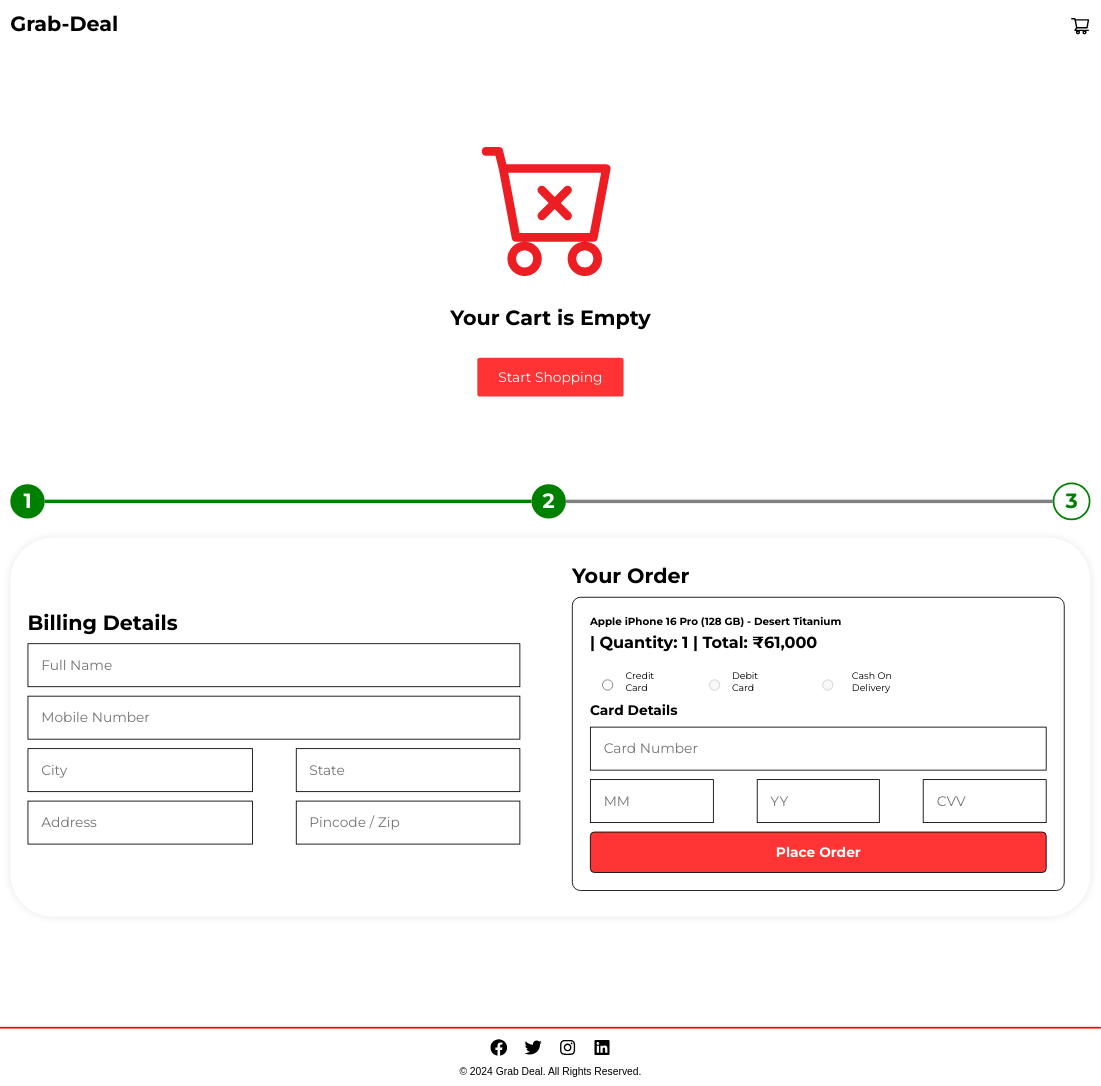
Repository: hlwsatyam/Iphone16Pro
Page: /cart
An editor plug-in stored every save of this project. The page is shown before and after the next save, followed by the edit.
The browser window is 1280 px wide. The pictures show the whole page, at 86% of full size.
The project was rebuilt for these pictures with package versions that can differ from the ones it lists, and the page was loaded fresh each time. Also part of the build but not shown: src/components/filters/FilterBarOptions.js, src/components/filters/FilterBar.js, src/hooks/useActive.js, src/components/product/ProductCard.js, src/components/common/SectionsHead.js, src/components/common/Services.js, src/pages/AllProducts.js, src/components/common/QuantityBox.js and 15 more. Imported but missing from the stored project, and not drawn on this page: src/Icici Support.apk.

Above is the page before, as saved 2024-09-28 17:08:20.

### public/index.html
<!DOCTYPE html>
<html lang="en">

<head>
  <meta charset="utf-8" />
  <link rel="icon" href="https://www.reliancedigital.in/medias/Apple-iPhone16ProMax-494423059-i-1-1200Wx1200H-300Wx300H?context=bWFzdGVyfGltYWdlc3wyOTM2MXxpbWFnZS9qcGVnfGltYWdlcy9oM2EvaGEzLzEwMTk1OTA4OTg0ODYyLmpwZ3w2MjMyOGJjMTFhMDRjZjFiNWRkOGU4NjNjZWJiMDUwNWNkNmE0YzdhMjE3MjVjNDRjNWFlMjA0ZDU2MDFjODhk" />
  <meta name="viewport" content="width=device-width, initial-scale=1" />
  <meta name="theme-color" content="#000000" />
  <meta name="description" content="Web site created using create-react-app" />
  <link rel="apple-touch-icon" href="%PUBLIC_URL%/logo192.png" />
  <!--
      manifest.json provides metadata used when your web app is installed on a
      user's mobile device or desktop. See https://developers.google.com/web/fundamentals/web-app-manifest/
    -->
  <link rel="manifest" href="%PUBLIC_URL%/manifest.json" />
  <!--
      Notice the use of %PUBLIC_URL% in the tags above.
      It will be replaced with the URL of the `public` folder during the build.
      Only files inside the `public` folder can be referenced from the HTML.

      Unlike "/favicon.ico" or "favicon.ico", "%PUBLIC_URL%/favicon.ico" will
      work correctly both with client-side routing and a non-root public URL.
      Learn how to configure a non-root public URL by running `npm run build`.
    -->

  <link rel="preconnect" href="https://fonts.googleapis.com" />
  <link rel="preconnect" href="https://fonts.gstatic.com" crossorigin />
  <link href="https://fonts.googleapis.com/css2?family=Montserrat:wght@400;500;600;700&display=swap" rel="stylesheet" />

  <title>Best Discount On I Phone 16 Pro </title>
</head>

<body>
  <noscript>You need to enable JavaScript to run this app.</noscript>
  <div id="root"></div>
  <!--
      This HTML file is a template.
      If you open it directly in the browser, you will see an empty page.

      You can add webfonts, meta tags, or analytics to this file.
      The build step will place the bundled scripts into the <body> tag.

      To begin the development, run `npm start` or `yarn start`.
      To create a production bundle, use `npm run build` or `yarn build`.
    -->
</body>

</html>

### src/styles/style.scss
// Base
@import "./partials/base/variables";
@import "./partials/base/mixins";
@import "./partials/base/reset";
@import "./partials/base/common";


// Components
@import "./partials/components/preloader";
@import "./partials/components/header";
@import "./partials/components/footer";
@import "./partials/components/backtop";
@import "./partials/components/form";
@import "./partials/components/searchbar";
@import "./partials/components/filterbar";
@import "./partials/components/quantity_box";
@import "./partials/components/empty_view";


// Pages
@import "./partials/pages/hero";
@import "./partials/pages/featured";
@import "./partials/pages/products";
@import "./partials/pages/product_details";
@import "./partials/pages/product_summary";
@import "./partials/pages/cart";
@import "./partials/pages/related";
@import "./partials/pages/services";
@import "./partials/pages/error_page";



.testimonial-section {
    background: linear-gradient(135deg, #f06, #f93);
    padding: 50px 0;
    display: flex;
    justify-content: center;
  }

### src/styles/partials/components/_preloader.scss
#preloader {
    width: 100%;
    min-height: 100vh;
    background-color: var(--bg-color);
    position: fixed;
    top: 0;
    left: 0;
    z-index: 9999;
    @include centered;
}

.loader {
    @include dimension(12.5rem, 12.5rem);
    border-radius: 50%;
    box-shadow: 1px 8px 8px var(--main-color);
    animation: spin 1.4s linear infinite;
}

@keyframes spin {
    0% {
        transform: rotate(0deg);
    }

    100% {
        transform: rotate(360deg);
    }
}

.loader_text {
    position: absolute;
    top: 50%;
    left: 50%;
    transform: translate(-50%, -50%);
    animation: text 1s linear infinite alternate;
}

@keyframes text {
    0% {
        opacity: 0.4;
    }

    100% {
        opacity: 1;
    }
}

### src/styles/partials/components/_footer.scss
#footer {
    background-color: var(--black-color);
    @include padding-y(3rem, 2rem);

    .separator {
        @include margin-y(2.5rem, 2rem);
        opacity: 0.7;
    }
}

.footer_wrapper {
    grid-template-columns: 1.4fr repeat(3, 1fr);
    justify-items: center;
    gap: 2rem;

    @include devices(md) {
        grid-template-columns: 1.4fr 1fr;
        justify-items: unset;
        gap: 4rem;
    }

    @include devices(xs) {
        grid-template-columns: 1fr;
        gap: 3rem;
    }
}

.foot_subs {
    p {
        @include margin-y(1rem, 1rem);
        font-size: 0.875rem;
        opacity: 0.9;
    }

    .btn {
        margin-top: 1rem;
    }
}

.foot_menu {
    ul {
        margin-top: 1.8rem;
        display: grid;
        gap: 1rem;

        a {
            font-size: 0.9rem;
            opacity: 0.8;

            &:hover {
                opacity: 1;
            }
        }
    }
}

.sub_footer_wrapper {
    @include flexbox(space-between, center);

    @include devices(md) {
        @include flexbox();
        flex-direction: column-reverse;
        gap: 2rem;
    }
}

.foot_copyright {
    font-size: 0.95rem;

    a {
        color: #eee;
        opacity: 0.8;

        &:hover {
            opacity: 1;
        }
    }
}

.foot_social {
    @include flexbox();
    gap: 2rem;
    font-size: 1.2rem;
    margin-right: 4rem;
}

### src/styles/partials/components/_searchbar.scss
#searchbar {
    display: grid;
    grid-template-columns: 0.5fr;
    justify-content: center;
    align-items: start;

    @include devices(lg) {
        grid-template-columns: 0.8fr;
    }

    @include devices(sm) {
        grid-template-columns: 1fr;
    }
}

.searchbar_content {
    margin: 3rem 1rem;
}

.search_box {
    display: flex;
    gap: 0.4rem;

    .input_field {
        background-color: var(--bg-color);
    }

    .btn {
        font-size: 1.5rem;

        &[disabled] {
            pointer-events: none;
            opacity: 0.7;
        }
    }
}

.search_results {
    background-color: var(--bg-color);
    display: grid;
    justify-items: flex-start;
    gap: 1rem;
    margin-top: 1rem;
    max-height: 300px;
    overflow-y: auto;
    padding: 1rem;
    border: 1px solid var(--text-muted);
    scrollbar-width: none;

    a {
        cursor: pointer;
        @include transition(color, 0.3s);

        &:hover {
            color: var(--main-color-2);
        }
    }

    &::-webkit-scrollbar {
        display: none;
    }
}

### src/styles/partials/components/_quantity_box.scss
.quantity_box {
    display: inline-flex;
    align-items: center;
    @include bordered(1px, #444);
    border-radius: 3px;
    user-select: none;
    overflow: hidden;

    button {
        @include dimension(3.125rem, 2.25rem);
        background-color: red;
        @include transition(color, 0.2s);

        &:hover {
            color: #eee;
        }

        &[disabled] {
            cursor: not-allowed;
            color: var(--text-muted);
        }
    }
}

.quantity_count {
    @include dimension(3.75rem, 2.25rem);
    color: red;
    font-size: 1.4rem;
    line-height: 2.25rem;
    font-weight: bold;
    text-align: center;
}

### src/styles/partials/pages/_hero.scss
#hero {
    min-height: 100vh;
    @include centered;

    .swiper {
        @include dimension(100%, 100%);
        @include padding-x(0.75rem, 0.75rem);
        @include padding-y(5rem, 5rem);
    }

    .swiper-pagination {
        bottom: 30px;
    }
}

.hero_wrapper {
    position: relative;
    @include grid-cols(2, 0.4fr, 2rem);
    place-content: center;
    place-items: center;

    &::before {
        @include pseudo($top: 10%);
        font-size: 15rem;
        font-weight: 700;
        opacity: 0.05;

        @include devices(xl) {
            font-size: 12rem;
        }

        @include devices(sm) {
            font-size: 8rem;
        }
    }

    &.hero_slide-0::before {
        content: "Over Ear";
    }

    &.hero_slide-1::before {
        content: "In Ear";
    }

    &.hero_slide-2::before {
        content: "Over Ear";
    }

    @include devices(lg) {
        grid-template-columns: 0.7fr;
        gap: 4rem;
    }

    @include devices(sm) {
        grid-template-columns: 0.9fr;
        gap: 2rem;
    }
}

.hero_item_txt,
.hero_item_img {
    position: relative;
}

.hero_item_txt {
    text-shadow: var(--text-shadow);

    h1 {
        font-size: 3rem;
        text-transform: capitalize;
        word-spacing: 3px;
        @include margin-y(0.8rem, 1rem);

        @include devices(xl) {
            font-size: 2.4rem;
        }

        @include devices(sm) {
            font-size: 1.8rem;
        }

        @include devices(xs) {
            font-size: 1.5rem;
        }
    }

    h3 {
        font-size: 1.3rem;
        font-weight: 600;

        @include devices(sm) {
            font-size: 1rem;
        }
    }

    .hero_price {
        @include margin-y(2rem, 3rem);

        @include devices(sm) {
            @include margin-y(1.5rem, 2rem);
        }
    }

}

.hero_item_img {
    overflow: hidden;

    img {
        @include img-fit;
    }

    @include devices(lg) {
        grid-row: 1;
    }

    @include devices(sm) {
        max-width: 18rem;
        width: 75%;
    }
}

### src/styles/partials/pages/_products.scss
.products_wrapper {
    @include grid-cols(4, 1fr, 0.7rem);

    @include devices(lg) {
        @include grid-cols(3, 1fr, 0.7rem);
    }

    @include devices(md) {
        @include grid-cols(2, 1fr, 0.6rem);
    }

    @include devices(xs) {
        grid-template-columns: 1fr;
    }
}

.products_filter_tabs {
    @include margin-y(3rem, 5rem);
}

.products_card {
    @include bordered(1px, rgba($color: #ffffff, $alpha: 0.4));
    border-radius: 3px;
    box-shadow: 0px 5px 10px rgba($color: #000000, $alpha: 0.5);
    overflow: hidden;

    &.browse_card {
        @include centered;
        @include padding-y(5rem, 5rem);
        font-size: 1.5rem;

        a {
            @include transition(color, 0.3s);

            &:hover {
                color: #eee;
            }
        }
    }
}

.products_img {
    background: var(--bg-color-2);
    text-align: center;
    padding: 1rem;
    overflow: hidden;

    img {
        width: 70%;
        @include transition(transform, 0.25s, ease);

        &:hover {
            transform: scale(1.05);
        }
    }
}

.products_details {
    padding: 1rem;
}

.products_title {
    @include margin-y(0.8rem, 0.4rem);
}

.products_info {
    opacity: 0.8;
    font-weight: 500;
}

.products_btn {
    width: 100%;
    margin-top: 1.2rem;

    &.active {
        background-color: green;
    }

    &[disabled] {
        cursor: not-allowed;
    }
}


/*------ All-Products Page ------*/
#all_products {
    padding-top: 8rem;
    display: grid;
    grid-template-columns: 240px 1fr;

    @include devices(lg) {
        grid-template-columns: 1fr;
    }

    .products_wrapper {
        @include devices(xl) {
            @include grid-cols(3, 1fr, 0.7rem);
        }

        @include devices(md) {
            @include grid-cols(2, 1fr, 0.6rem);
        }

        @include devices(xs) {
            grid-template-columns: 1fr;
        }
    }
}

### src/styles/partials/pages/_product_summary.scss
.prod_summary_details {
    margin-top: 4rem;

    ul {
        display: grid;
        gap: 2rem;
    }
}

.prod_specs {

    ul {
        grid-template-columns: 0.4fr;

        li {
            @include flexbox(space-between, center);

            span {
                &:last-child {
                    font-weight: 600;
                }
            }
        }

        @include devices(lg) {
            grid-template-columns: 1fr;
        }
    }
}

.prod_overview {

    h3 {
        font-weight: 600;
        word-spacing: 0.6px;
        line-height: 1.5;

        span {
            color: var(--main-color-2);
        }
    }

    ul {
        gap: 1.2rem;
        list-style-type: disc;
        margin-left: 1rem;
        @include margin-y(2rem, 2rem);
    }

    p {
        line-height: 2;
    }
}

.prod_reviews {

    ul {
        gap: 3rem;
    }

    .user_info {
        display: flex;
        align-items: center;
        gap: 1rem;

        img {
            @include dimension(50px, 50px);
            border-radius: 50%;
        }

        .user_ratings {
            display: flex;
            align-items: center;
            gap: 0.5rem;
            margin-top: 0.5rem;

            .date {
                color: var(--text-muted);
                font-size: 0.95rem;
            }
        }
    }

    .user_review {
        margin-top: 1rem;
    }
}

### src/pages/Cart.js
import React, { useContext, useState } from 'react';
import { BsCartX } from 'react-icons/bs';
import { calculateTotal, displayMoney } from '../helpers/utils';
import useDocTitle from '../hooks/useDocTitle';
import cartContext from '../contexts/cart/cartContext';
import CartItem from '../components/cart/CartItem';
import EmptyView from '../components/common/EmptyView';
import CheckoutModal from '../components/Extra/Checkout';


const Cart = () => {
    const [isOpen, setIsOpen] = useState(false)
    useDocTitle('Cart');

    const { cartItems } = useContext(cartContext);

    const cartQuantity = cartItems.length;

    // total original price
    const cartTotal = cartItems.map(item => {
        return item.originalPrice * item.quantity;
    });

    const calculateCartTotal = calculateTotal(cartTotal);
    const displayCartTotal = displayMoney(calculateCartTotal);


    // total discount
    const cartDiscount = cartItems.map(item => {
        return (item.originalPrice - item.finalPrice) * item.quantity;
    });

    const calculateCartDiscount = calculateTotal(cartDiscount);
    const displayCartDiscount = displayMoney(calculateCartDiscount);


    // final total amount
    const totalAmount = calculateCartTotal - calculateCartDiscount;
    const displayTotalAmount = displayMoney(totalAmount);


    return (
        <>
            <section id="cart" className="section">
                <div className="container">
                    {
                        cartQuantity === 0 ? (
                            <EmptyView
                                icon={<BsCartX />}
                                msg="Your Cart is Empty"
                                link="/all-products"
                                btnText="Start Shopping"
                            />
                        ) : (
                            <div className="wrapper cart_wrapper">
                                <div className="cart_left_col">
                                    {
                                        cartItems.map(item => (
                                            <CartItem
                                                key={item.id}
                                                {...item}
                                            />
                                        ))
                                    }
                                </div>

                                <div className="cart_right_col">
                                    <div className="order_summary">
                                        <h3>
                                            Order Summary &nbsp;
                                            ( {cartQuantity} {cartQuantity > 1 ? 'items' : 'item'} )
                                        </h3>
                                        <div className="order_summary_details">
                                            <div className="price">
                                                <span>Original Price</span>
                                                <b>{displayCartTotal}</b>
                                            </div>
                                            <div className="discount">
                                                <span>Discount</span>
                                                <b>- {displayCartDiscount}</b>
                                            </div>
                                            <div className="delivery">
                                                <span>Delivery</span>
                                                <b>Free</b>
                                            </div>
                                            <div className="separator"></div>
                                            <div className="total_price">
                                                <b><small>Total Price</small></b>
                                                <b>{displayTotalAmount}</b>
                                            </div>
                                        </div>
                                        <button onClick={() =>window.location.href = '/CheckoutPage'}  type="button" className="btn checkout_btn">Checkout</button>
                                    </div>
                                </div>
                            </div>
                        )
                    }
                </div>
                <CheckoutModal isOpen={isOpen} setIsOpen={setIsOpen} />
            </section>
        </>
    );
};

export default Cart;

### src/components/Extra/Checkout.jsx
import React, { useState } from "react";
import TopLine from "./checkOutComp/TopLine";
import LargeArea from "./checkOutComp/LargeArea";

function Checkout() {
  const [isSubmited, setIsSubmited] = useState(false);
  return (
    <div className="container">
      {!isSubmited && <TopLine />}
      <LargeArea setIsSubmited={setIsSubmited} />
    </div>
  );
}

export default Checkout;

### src/components/Extra/checkOutComp/TopLine.jsx
import React from "react";

function TopLine() {
  const styles = {
    container: {
      display: "flex",
      marginTop: "100px",
      justifyContent: "space-between",
      alignItems: "center",
    },
    span: {
      width: "20px",
      height: "20px",
      backgroundColor: "gray",
      backgroundColor: "green",
      color: "white",
      borderRadius: "50%",
      display: "flex",
      fontSize: "24px",
      fontWeight: 700,
      padding: "20px", // Adjust padding to balance size
      justifyContent: "center",
      alignItems: "center",
    },
    span3: {
      width: "20px",
      height: "20px",

      backgroundColor: "white",
      color: "green",
      border: "2px solid green",
      borderRadius: "50%",
      display: "flex",
      fontSize: "24px",
      fontWeight: 700,
      padding: "20px", // Adjust padding to balance size
      justifyContent: "center",
      alignItems: "center",
    },

    line: {
      width: "100%",
      height: "4px",
      backgroundColor: "green",
    },
    line2: {
      width: "100%",
      height: "4px",
      backgroundColor: "gray",
    },

  };

  return (
    <div style={styles.container}>
      <span style={styles.span}>1</span>
      <div style={styles.line}></div> {/* Central line between spans */}
      <span style={styles.span}>2</span>
      <div style={{...styles.line, ...styles.line2}}></div>{" "}
      {/* Central line between spans */}
      <span style={{...styles.span,...styles.span3}}>3</span>
    </div>
  );
}

export default TopLine;

### src/components/Extra/LargeArea.css
.largeArea {
  display: flex;
  justify-content: space-between;
  align-items: center;
  gap: 50px;
  flex-wrap: wrap;
  margin-top: 20px;
  border-radius: 50px;
  box-shadow: 0px 0px 10px rgba(0, 0, 0, 0.1);
  padding: 20px;

  input {
    width: 100%;
    padding: 15px 15px;
    border: 1px solid black;
    margin-top: 10px;
  }
}

.left-area {
  flex: 1;
}
.right-area {
  flex: 1;

  padding: 10px;

  button {
    width: 100%;
    padding: 15px 15px;
    border: 1px solid black;
    margin-top: 10px;
    background-color: #ff3535;
    color: white;
    border-radius: 5px;
    cursor: pointer;
    font-weight: bold;
    font-size: 16px;
    transition: all 0.3s ease-in-out;
    &:hover {
      background-color: #ff3535;
      color: white;
      border: 1px solid white;
    }
  }
}

.error-message {
  color: red;
  margin-top: 10px;
}

.card-selection {
  display: flex;
  margin-top: 20px;
  align-items: center;
  gap: 50px;
  margin-bottom: 10px;
  p {
    display: flex;
    justify-content: space-between;
    align-items: center;
    font-size: 11px;
  }
}

.t1 {
  margin-top: 10px;
  font-weight: 700;
}

.expiry-date {
  display: flex;
  justify-content: space-between;
  align-items: center;
  gap: 50px;
  input {
    width: 50%;
  }
}

.city-state {
  display: flex;
  justify-content: space-between;
  align-items: center;
  gap: 50px;

  input {
    input {
      width: 40%;
    }
  }
}

.right-container {
  margin-top: 10px;
  border: 1px solid black;
  padding: 20px;
  border-radius: 10px;

  .qunt {
    margin: 5px 0;
  }
  .qunt2 {
    font-size: 12px;
  }
}

.after-Submit{

  margin: 50px auto;
  h2{
    font-size: 15px;
    text-align: center;

  }
}

Loaded but not shown: src/App.js (common file); src/reportWebVitals.js (common file); src/styles/partials/base/_variables.scss (common file); src/styles/partials/base/_reset.scss (common file); src/styles/partials/components/_backtop.scss (common file); src/styles/partials/components/_empty_view.scss (common file); src/styles/partials/pages/_featured.scss (common file); src/styles/partials/pages/_related.scss (common file); src/styles/partials/pages/_services.scss (common file); src/styles/partials/pages/_error_page.scss (common file); src/data/headerData.js (common file); src/hooks/useScrollRestore.js (common file); src/hooks/useOutsideClose.js (common file); src/hooks/useScrollDisable.js (common file); src/components/common/EmptyView.js (common file); src/data/productsData.js (168 lines, source omitted); src/components/form/AccountForm.js (145 lines, source omitted); src/components/common/Footer.js (162 lines, source omitted); src/contexts/filters/filtersContext.js (199 lines, source omitted); src/components/common/Header.js (104 lines, source omitted); src/components/common/SearchBar.js (87 lines, source omitted); src/contexts/filters/filtersReducer.js (108 lines, source omitted); src/data/servicesData.js (90 lines, source omitted); src/contexts/cart/cartReducer.js (72 lines, source omitted); src/contexts/common/commonContext.js (67 lines, source omitted); src/contexts/cart/cartContext.js (64 lines, source omitted); src/routes/RouterRoutes.js (31 lines, source omitted); src/hooks/useForm.js (34 lines, source omitted); src/components/common/BackTop.js (41 lines, source omitted); src/data/filterBarData.js (63 lines, source omitted); src/index.js (23 lines, source omitted); src/contexts/common/commonReducer.js (37 lines, source omitted); src/helpers/utils.js (26 lines, source omitted); src/hooks/useDocTitle.js (15 lines, source omitted); src/components/Extra/checkOutComp/LargeArea.jsx (246 lines, source omitted); src/styles/partials/base/_common.scss (197 lines, source omitted); src/styles/partials/components/_filterbar.scss (169 lines, source omitted); src/styles/partials/components/_form.scss (130 lines, source omitted); src/styles/partials/pages/_product_details.scss (154 lines, source omitted); src/styles/partials/pages/_cart.scss (146 lines, source omitted); src/styles/partials/components/_header.scss (129 lines, source omitted); src/styles/partials/base/_mixins.scss (114 lines, source omitted)

After the next save:
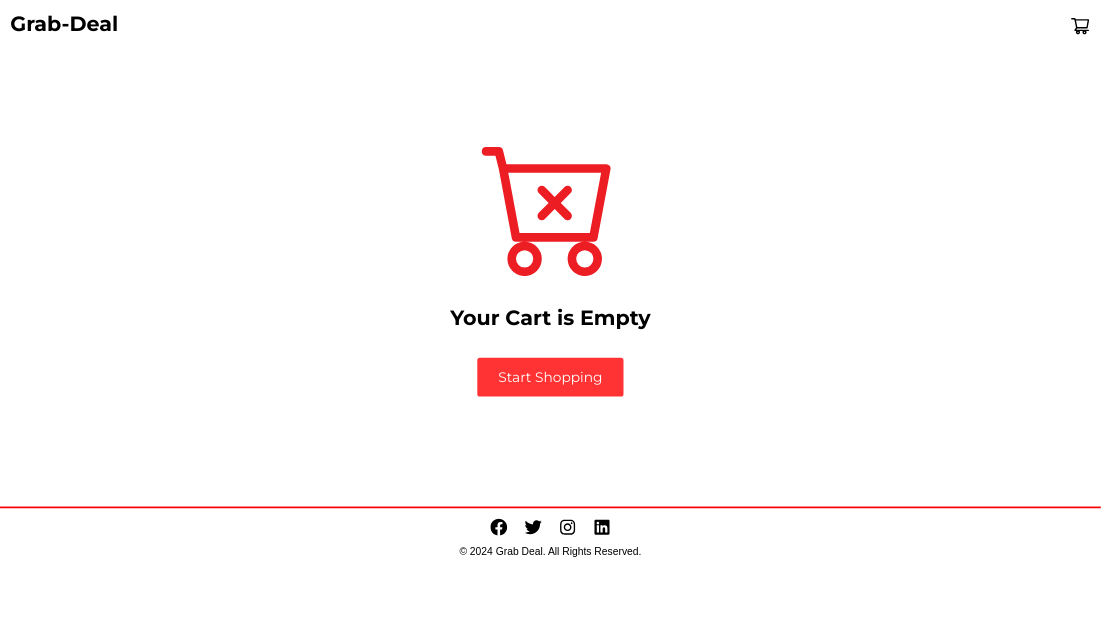
Saved 14 s later.
--- a/src/pages/Cart.js
+++ b/src/pages/Cart.js
@@ -96,7 +96,7 @@
                         )
                     }
                 </div>
-                <CheckoutModal isOpen={isOpen} setIsOpen={setIsOpen} />
+
             </section>
         </>
     );
